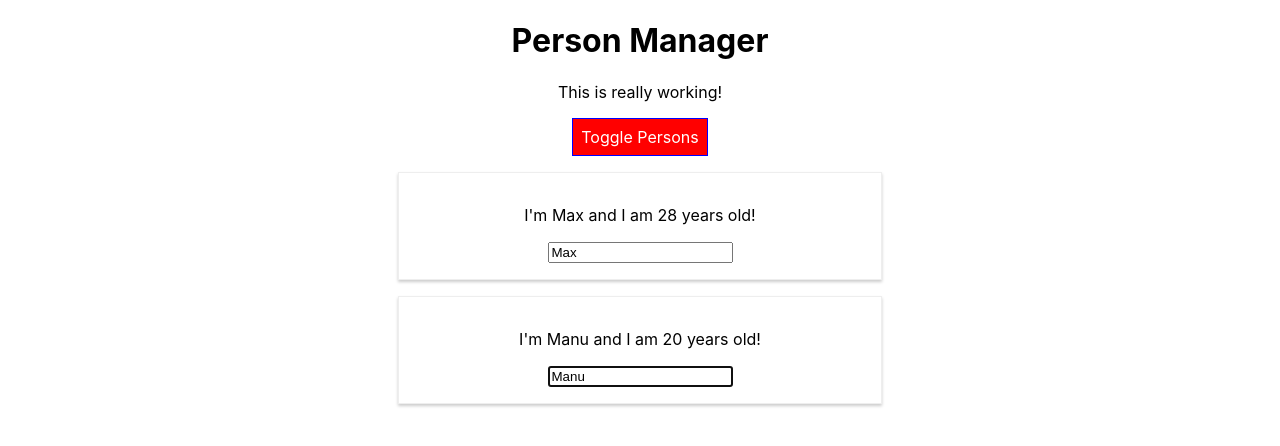
Repository: AidanHak/udemy-react-guide
Page: /
These files come from the project's save history. The page is drawn as it stood at one moment and after the next save; the edit follows.
The browser window is 1280 px wide. The pictures show the whole page.
The project was rebuilt for these pictures with package versions that can differ from the ones it lists, and the page was loaded fresh each time. Also part of the build but not shown: src/components/ErrorBoundary/ErrorBoundary.js.

Above is the page before, as saved 2021-03-09 14:54:04.

After the next save:
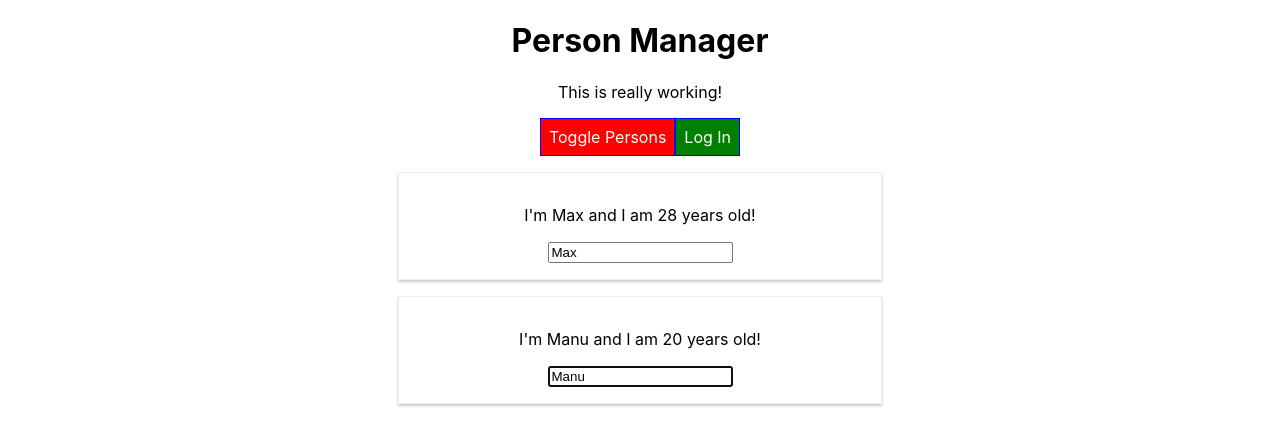
Saved 87 s later.
--- a/src/components/Cockpit/Cockpit.js
+++ b/src/components/Cockpit/Cockpit.js
@@ -44,15 +44,10 @@ const Cockpit = (props) => {
 		<div className={styles.Cockpit}>
 			<h1>{props.title}</h1>
 			<p className={assignedClasses.join(' ')}>This is really working!</p>
-			<button
-				//style={style}
-				//altStyle={this.state.showPersons}
-				ref={toggleBtnRef}
-				className={btnClass}
-				onClick={props.clicked}
-			>
+			<button ref={toggleBtnRef} className={btnClass} onClick={props.clicked}>
 				Toggle Persons
 			</button>
+			<button onClick={props.login}>Log In</button>
 		</div>
 	);
 };
